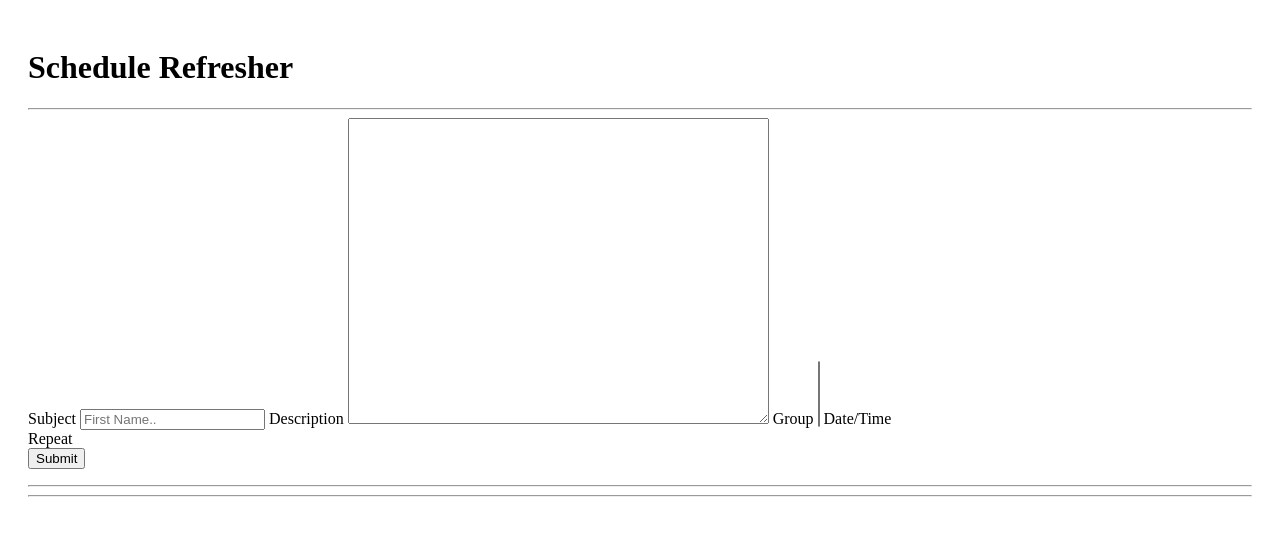
Repository: praveenshetg/GOLDEN-ROD
Page: Duolingo/papi-front/WebContent/view/scheduler.html
An editor plug-in stored every save of this project. The page is shown before and after the next save, followed by the edit.
The browser window is 1280 px wide. The pictures show the whole page.

Above is the page before, as saved 2018-05-08 10:43:40.
Console error: ReferenceError: $ is not defined

### Duolingo/papi-front/WebContent/view/scheduler.html


<html>
<style>
body{
#background: url(../images/btightyellow.jpg) fixed center  !important;
}
.sc-form-div{
    padding: 20px !important;
        box-sizing: initial  !important;
}
.sc-form{
 box-sizing: initial  !important;
}
.sc-form input[type=text], textarea{
}
</style>
<body>

	<div class="form-div sc-form-div">
		<H1><i class="fa fa-hourglass-half"></i> Schedule Refresher</H1>
		<hr>
		<form action="" id="sch-form" class="sc-form">
			<label for="fname">Subject</label> <input type="text" id="sc-subject"
				name="firstname" placeholder="First Name.."> <label
				for="fname">Description</label>
			<textarea rows="20" cols="50" class="w-100 h-60" id="sc-desc"></textarea>

<!-- 			<div class="ui calendar" id="example1"> -->

<!-- 				<div class="ui input left icon w-100"> -->
<!-- 					<i class="calendar icon"></i> <input type="text" -->
<!-- 						placeholder="Date/Time" id="sc-date"> -->
<!-- 				</div> -->
<!-- 			</div> -->

	<label for="fname">Group</label>
	<select name="group" id = "group_id" multiple>
	</select>
	<label for="fname">Date/Time</label>
			<div id="sc-calender"></div>
	<label for="fname">Repeat</label>
	<br>
	<div class="radio-grp" style="display:none;">
		<div class="radio">
			<input type="radio" name="gender" value="male" checked> Daily
		</div>
		<div class="radio">
			<input type="radio" name="gender" value="female"> Weekly
		</div>
		<div class="radio">
			<input type="radio" name="gender" value="other"> None
		</div>
	</div>
	<input type="submit" value="Submit" id="sc-create-event-btn">
	</form>
	  <hr>
  <div id="fbq-table"></div>
	<hr>

	</div>

</body>
<script type="text/javascript">
//$("#fbq-table").load("view/feedBackListView.html");
	$('#sch-form').submit(function(e) {
		e.preventDefault();
	});
// 	$('#example1').calendar({
// 		today : true, // show a 'today/now' button at the bottom of the calendar
// 		closable : true,
// 		ampm : true,
// 		multiMonth : 1,
// 		formatter : {
// 			date : function(date, settings) {
// 				if (!date)
// 					return '';
// 				var day = date.getDate() + '';
// 				if (day.length < 2) {
// 					day = '0' + day;
// 				}
// 				var month = (date.getMonth() + 1) + '';
// 				if (month.length < 2) {
// 					month = '0' + month;
// 				}
// 				var year = date.getFullYear();
// 				return day + '/' + month + '/' + year;
// 			}
// 		},
// 		monthFirst : false
// 	// month before day when parsing/converting date from/to text
// 	});

	 $("#sc-calender").load("view/scheduleCalender.html");

	$("#sc-create-event-btn")
			.click(
					function() {
											//showSnackBar("Event Scheduled Successfully!");


	var data = '{"subject":"'
		+ $("#sc-subject").val()
		+ '","description":"'
		+ $("#sc-desc").val()
		+ '","period":"'
		+ $("#sc-date").val()
		+ '","scheduleDate":"'
		+ $("#sc-date").val()
		+ '"}';
	$.ajax({
		method : "POST",
		url : projectDetails.url+""+projectDetails.restappname+"/schedule/addEvent",
		contentType : "application/json",
		data : data
	}).always(function(chatList) {
		$("#sc-subject").val("");
		$("#sc-desc").val("");
		$("#sc-date").val("");
		//alert("Data Saved: " + chatList);
		showSnackBar("Event Scheduled Successfully!");
	});
					});

	generateGroupNamesOptions('group_id');
</script>


</html>

After the next save:
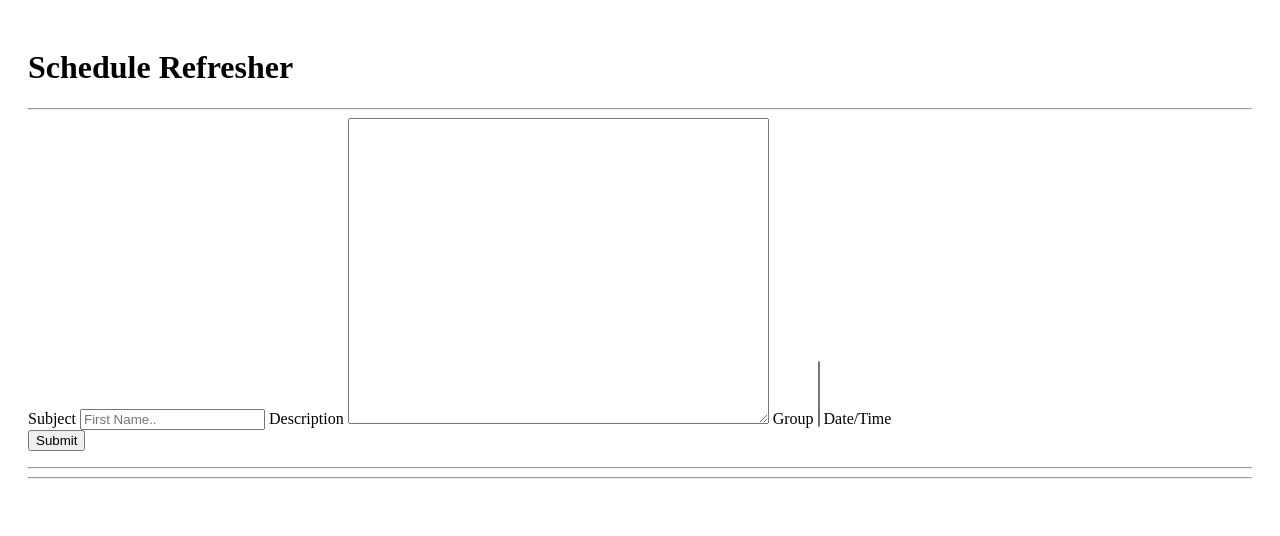
Saved 38 s later.
--- a/Duolingo/papi-front/WebContent/view/scheduler.html
+++ b/Duolingo/papi-front/WebContent/view/scheduler.html
@@ -39,9 +39,10 @@ body{
 	</select>
 	<label for="fname">Date/Time</label>
 			<div id="sc-calender"></div>
+
+	<div class="radio-grp" style="display:none;">
 	<label for="fname">Repeat</label>
 	<br>
-	<div class="radio-grp" style="display:none;">
 		<div class="radio">
 			<input type="radio" name="gender" value="male" checked> Daily
 		</div>
